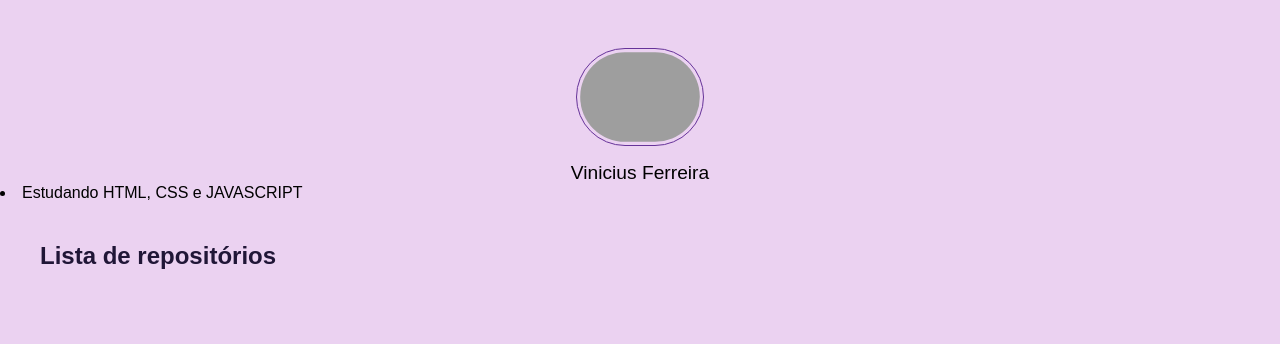
Repository: viniciusfg05/AnnotationReacts
Page: /
These files come from the project's save history. The page is drawn as it stood at one moment and after the next save; the edit follows.
The browser window is 1280 px wide. The pictures show the whole page.
Pictures or frames that could not be fetched are drawn as grey boxes. The page's requests for data from a server got no answer. The project was rebuilt for these pictures with package versions that can differ from the ones it lists, and the page was loaded fresh each time. No one was signed in, and anything a server would have sent is missing. Also part of the build but not shown: webpack.config.js, src/components/RepositoryItens.tsx.

Above is the page before, as saved 2022-02-18 14:46:50.

After the next save:
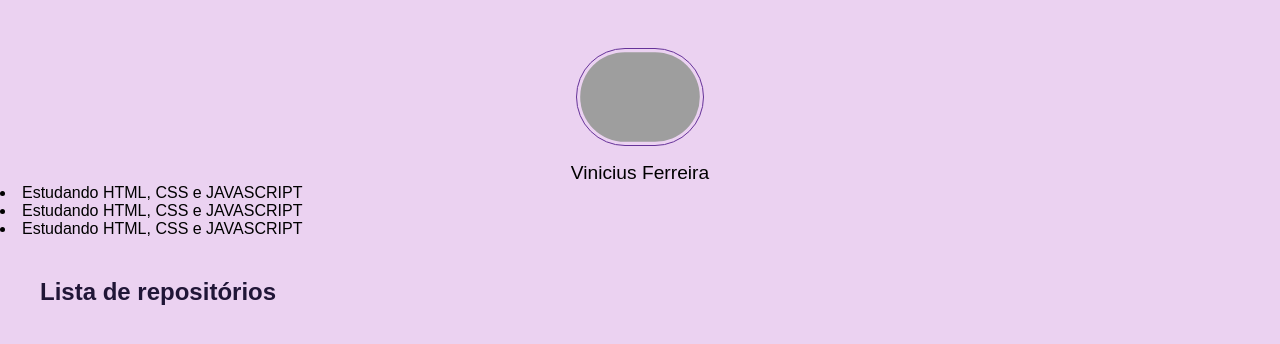
Saved 8 s later.
--- a/src/components/Profile.tsx
+++ b/src/components/Profile.tsx
@@ -19,6 +19,8 @@ export function Profile() {
 
 
         <li>Estudando HTML, CSS e JAVASCRIPT</li>
+        <li>Estudando HTML, CSS e JAVASCRIPT</li>
+        <li>Estudando HTML, CSS e JAVASCRIPT</li>
       </div>
     </div>
 
